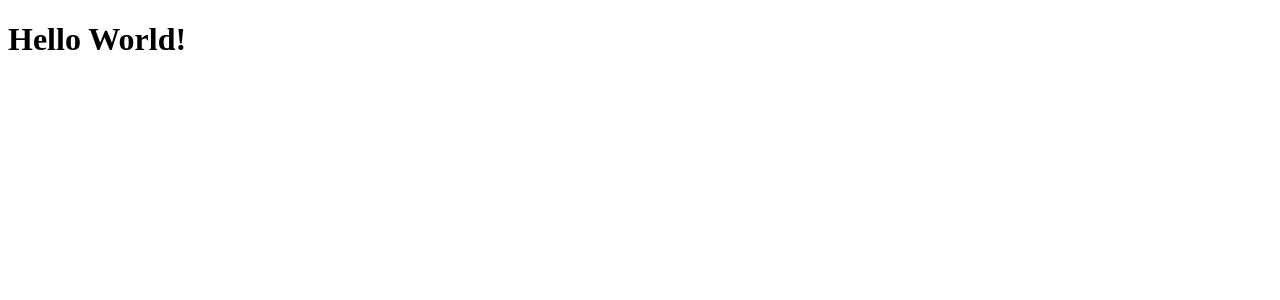
Repository: ElizeusRamos/gstore
Page: GStoreWorkspace/GStoreWeb/WebContent/index.html
These files come from the project's save history. The page is drawn as it stood at one moment and after the next save; the edit follows.
The browser window is 1280 px wide. The pictures show the whole page.

Above is the page before, as saved 2022-05-29 13:25:42.

After the next save:
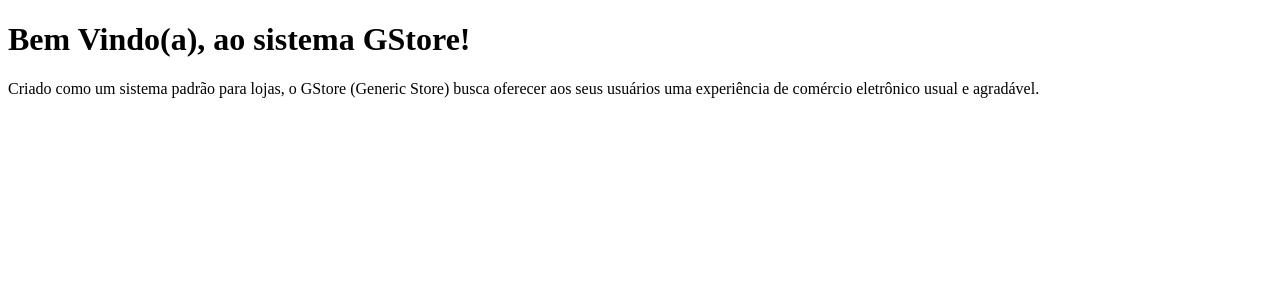
Saved 3 min 5 s later.
--- a/GStoreWorkspace/GStoreWeb/WebContent/index.html
+++ b/GStoreWorkspace/GStoreWeb/WebContent/index.html
@@ -5,6 +5,10 @@
 		<title>Página Default</title>
 	</head>
 	<body>
-		<h1>Hello World!</h1>
+		<h1>Bem Vindo(a), ao sistema GStore!</h1>
+		<p>
+			Criado como um sistema padrão para lojas, o GStore (Generic Store) busca oferecer aos seus usuários
+			uma experiência de comércio eletrônico usual e agradável.
+		</p>
 	</body>
 </html>
